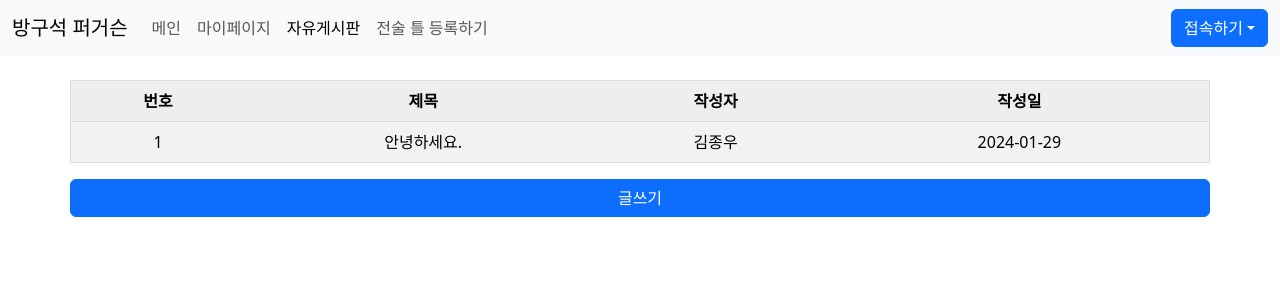
Repository: jiiiiiw/Spring-BBS
Page: http://localhost/BBS/bbs.jsp
An editor plug-in stored every save of this project. The page is shown before and after the next save, followed by the edit.
The browser window is 1280 px wide. The pictures show the whole page.
The page is served by Tomcat 9. Other server files are loaded and not shown.

Above is the page before, as saved 2024-01-30 04:47:37.

### BBS/src/main/webapp/bbs.jsp
<%@ page language="java" contentType="text/html; charset=UTF-8"
	pageEncoding="UTF-8"%>
<%@ page import="java.io.PrintWriter"%>
<!DOCTYPE html>
<html>
<head>
<meta charset="UTF-8">
<!-- 반응형 -->
<meta name="viewport" content="width=device-width" , initial-scale="1">
<!-- 정적 부트스트랩 참조 -->
<script src="js/bootstrap.js"></script>
<script src="js/bootstrap.bundle.js"></script>
<link href="css/bootstrap.css" rel="stylesheet">
<title>JSP 게시판 웹 사이트</title>
</head>
<body>
	<%
	String userID = null;
	if (session.getAttribute("userID") != null) {
		userID = (String) session.getAttribute("userID");
	}
	%>
	<nav class="navbar navbar-expand-lg navbar-light bg-light">
		<div class="container-fluid">
			<a class="navbar-brand" href="main.jsp">방구석 퍼거슨</a>

			<!-- 토글 버튼 -->
			<button class="navbar-toggler" type="button"
				data-bs-toggle="collapse" data-bs-target="#navbarSupportedContent"
				aria-controls="navbarSupportedContent" aria-expanded="false"
				aria-label="Toggle navigation">
				<span class="navbar-toggler-icon"></span>
			</button>

			<!-- Navbar 링크 및 폼 -->
			<div class="collapse navbar-collapse" id="navbarNav">
				<ul class="navbar-nav me-auto">
					<li class="nav-item"><a class="nav-link" href="main.jsp">메인</a></li>
					<li class="nav-item"><a class="nav-link" href="#">마이페이지</a></li>
					<li class="nav-item"><a class="active nav-link" href="bbs.jsp">자유게시판</a></li>
					<li class="nav-item"><a class="nav-link" href="#">전술 틀
							등록하기</a></li>
				</ul>
			</div>

			<%
			if (userID != null) {
			%>
			<div class="dropdown">
				<button class="btn btn-primary dropdown-toggle" type="button"
					id="dropdownMenuButton" data-bs-toggle="dropdown"
					aria-haspopup="true" aria-expanded="false">로그아웃</button>
				<div class="dropdown-menu" aria-labelledby="dropdownMenuButton">

					<a class="dropdown-item" href="logoutAction.jsp">로그아웃</a>
					<!-- 원하는 만큼 드롭다운 메뉴 항목 추가 -->
				</div>
			</div>
			<%
			} else {
			%>
			<div class="dropdown">
				<button class="btn btn-primary dropdown-toggle" type="button"
					id="dropdownMenuButton" data-bs-toggle="dropdown"
					aria-haspopup="true" aria-expanded="false">접속하기</button>
				<div class="dropdown-menu" aria-labelledby="dropdownMenuButton">

					<a class="dropdown-item" href="login.jsp">로그인</a> <a
						class="dropdown-item" href="join.jsp">회원가입</a>
					<!-- 원하는 만큼 드롭다운 메뉴 항목 추가 -->
				</div>
			</div>
			<%
			}
			%>
		</div>
	</nav>

	<div class="container mt-4">
		<div class="row">
			<table class="table table-striped"
				style="text-align: center; border: 1px solid #dddddd">
				<thead>
					<tr>
						<th style="background-color: #eeeeee; text-align: center;">번호</th>
						<th style="background-color: #eeeeee; text-align: center;">제목</th>
						<th style="background-color: #eeeeee; text-align: center;">작성자</th>
						<th style="background-color: #eeeeee; text-align: center;">작성일</th>
					</tr>
				</thead>
				<tbody>
					<tr>
						<td>1</td>
						<td>안녕하세요.</td>
						<td>김종우</td>
						<td>2024-01-29</td>
					</tr>
				</tbody>
			</table>
			<a href="write.jsp"
			class="btn btn-primary">글쓰기</a>
		</div>
	</div>


</body>
</html>

Loaded but not shown: BBS/src/main/webapp/js/bootstrap.js (library); BBS/src/main/webapp/js/bootstrap.bundle.js (library); BBS/src/main/webapp/css/bootstrap.css (library)

After the next save:
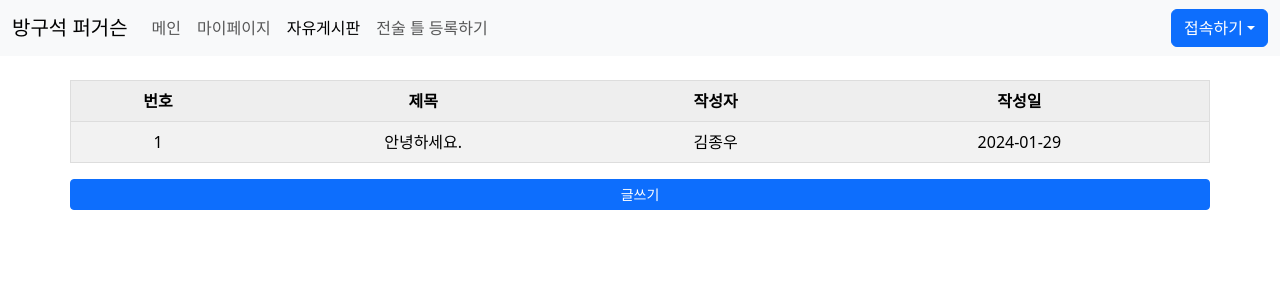
Saved 69 s later.
--- a/BBS/src/main/webapp/bbs.jsp
+++ b/BBS/src/main/webapp/bbs.jsp
@@ -98,7 +98,7 @@
 				</tbody>
 			</table>
 			<a href="write.jsp"
-			class="btn btn-primary">글쓰기</a>
+			class="btn btn-sm btn-primary">글쓰기</a>
 		</div>
 	</div>
 
